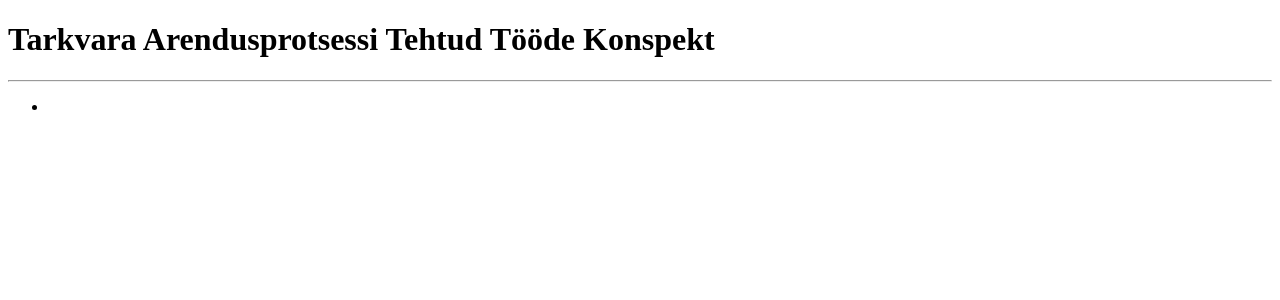
Repository: annemariv/Targe24
Page: index.html
The author's editor kept a copy of each file at every save. The page is drawn from the files as they stood at one save, then again after a run of saves.
The browser window is 1280 px wide. The pictures show the whole page.

Above is the page before, as saved 2024-11-06 18:14:08.

After the next 4 saves:
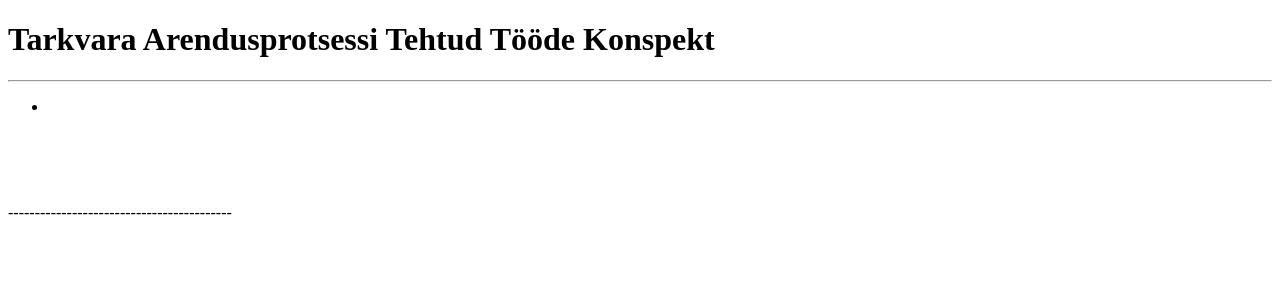
The 4 saves are shown as one change because they came seconds apart.
The last was saved 11 s later.
--- a/index.html
+++ b/index.html
@@ -16,6 +16,7 @@
     <br/>
     <br/>
     <br/>
-
+    ------------------------------------------
+    <h2></h2>
 </body>
 </html>
